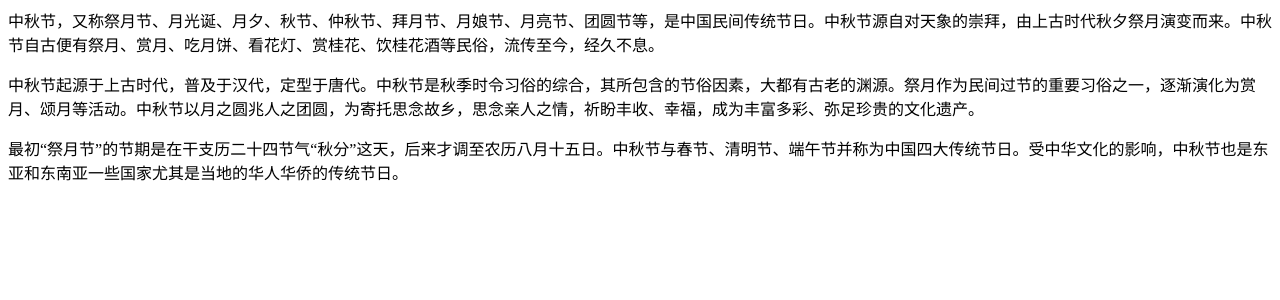
Repository: XueJie1/computer-operation-basics
Page: pages/midautumn/introduction.html
An editor plug-in stored every save of this project. The page is shown before and after the next save, followed by the edit.
The browser window is 1280 px wide. The pictures show the whole page.

Above is the page before, as saved 2023-09-04 21:58:55.

### pages/midautumn/introduction.html
<p>中秋节，又称祭月节、月光诞、月夕、秋节、仲秋节、拜月节、月娘节、月亮节、团圆节等，是中国民间传统节日。中秋节源自对天象的崇拜，由上古时代秋夕祭月演变而来。中秋节自古便有祭月、赏月、吃月饼、看花灯、赏桂花、饮桂花酒等民俗，流传至今，经久不息。
<p>中秋节起源于上古时代，普及于汉代，定型于唐代。中秋节是秋季时令习俗的综合，其所包含的节俗因素，大都有古老的渊源。祭月作为民间过节的重要习俗之一，逐渐演化为赏月、颂月等活动。中秋节以月之圆兆人之团圆，为寄托思念故乡，思念亲人之情，祈盼丰收、幸福，成为丰富多彩、弥足珍贵的文化遗产。
</p>
<p>最初“祭月节”的节期是在干支历二十四节气“秋分”这天，后来才调至农历八月十五日。中秋节与春节、清明节、端午节并称为中国四大传统节日。受中华文化的影响，中秋节也是东亚和东南亚一些国家尤其是当地的华人华侨的传统节日。</p>
</p>

After the next save:
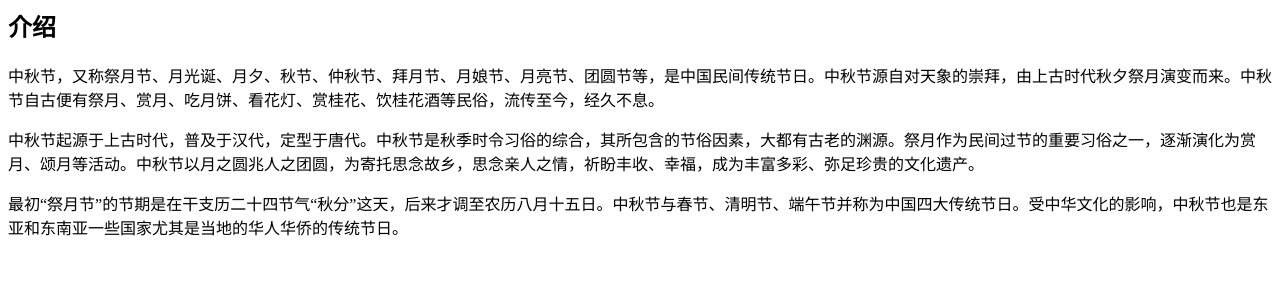
Saved 30 s later.
--- a/pages/midautumn/introduction.html
+++ b/pages/midautumn/introduction.html
@@ -1,3 +1,4 @@
+<h2>介绍</h2>
 <p>中秋节，又称祭月节、月光诞、月夕、秋节、仲秋节、拜月节、月娘节、月亮节、团圆节等，是中国民间传统节日。中秋节源自对天象的崇拜，由上古时代秋夕祭月演变而来。中秋节自古便有祭月、赏月、吃月饼、看花灯、赏桂花、饮桂花酒等民俗，流传至今，经久不息。
 <p>中秋节起源于上古时代，普及于汉代，定型于唐代。中秋节是秋季时令习俗的综合，其所包含的节俗因素，大都有古老的渊源。祭月作为民间过节的重要习俗之一，逐渐演化为赏月、颂月等活动。中秋节以月之圆兆人之团圆，为寄托思念故乡，思念亲人之情，祈盼丰收、幸福，成为丰富多彩、弥足珍贵的文化遗产。
 </p>
